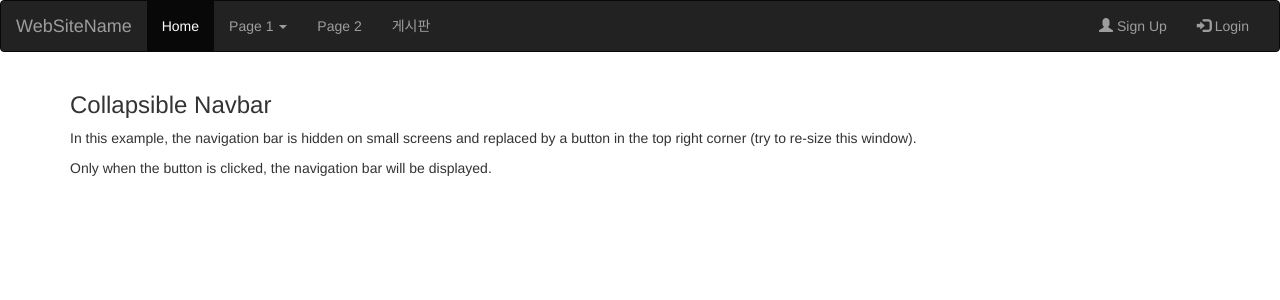
Repository: SeeUSoon93/Spring
Page: http://localhost/SpringMVC03/WEB-INF/views/index.jsp
The author's editor kept a copy of each file at every save. The page is drawn from the files as they stood at one save, then again after the next save.
The browser window is 1280 px wide. The pictures show the whole page.
The page is served by Tomcat 9. Nobody is signed in. Other server files are loaded and not shown. The template is opened directly, without the code that normally fills it, so the values that code supplies are empty.

Above is the page before, as saved 2023-10-06 02:27:53.

### SpringMVC03/src/main/webapp/WEB-INF/views/index.jsp
<%@ page language="java" contentType="text/html; charset=UTF-8"
    pageEncoding="UTF-8"%>
<!DOCTYPE html>
<html lang="en">
<head>
  <title>SpringMVC03</title>
  <meta charset="utf-8">
  <meta name="viewport" content="width=device-width, initial-scale=1">
  <link rel="stylesheet" href="https://maxcdn.bootstrapcdn.com/bootstrap/3.4.1/css/bootstrap.min.css">
  <script src="https://ajax.googleapis.com/ajax/libs/jquery/3.6.4/jquery.min.js"></script>
  <script src="https://maxcdn.bootstrapcdn.com/bootstrap/3.4.1/js/bootstrap.min.js"></script>
</head>
<body>

<nav class="navbar navbar-inverse">
  <div class="container-fluid">
    <div class="navbar-header">
      <button type="button" class="navbar-toggle" data-toggle="collapse" data-target="#myNavbar">
        <span class="icon-bar"></span>
        <span class="icon-bar"></span>
        <span class="icon-bar"></span>
      </button>
      <a class="navbar-brand" href="#">WebSiteName</a>
    </div>
    <div class="collapse navbar-collapse" id="myNavbar">
      <ul class="nav navbar-nav">
        <li class="active"><a href="#">Home</a></li>
        <li class="dropdown">
          <a class="dropdown-toggle" data-toggle="dropdown" href="#">Page 1 <span class="caret"></span></a>
          <ul class="dropdown-menu">
            <li><a href="#">Page 1-1</a></li>
            <li><a href="#">Page 1-2</a></li>
            <li><a href="#">Page 1-3</a></li>
          </ul>
        </li>
        <li><a href="#">Page 2</a></li>
        <li><a href="boardMain.do">게시판</a></li>
      </ul>
      <ul class="nav navbar-nav navbar-right">
        <li><a href="#"><span class="glyphicon glyphicon-user"></span> Sign Up</a></li>
        <li><a href="#"><span class="glyphicon glyphicon-log-in"></span> Login</a></li>
      </ul>
    </div>
  </div>
</nav>

<div class="container">
  <h3>Collapsible Navbar</h3>
  <p>In this example, the navigation bar is hidden on small screens and replaced by a button in the top right corner (try to re-size this window).
  <p>Only when the button is clicked, the navigation bar will be displayed.</p>
</div>

</body>
</html>

After the next save:
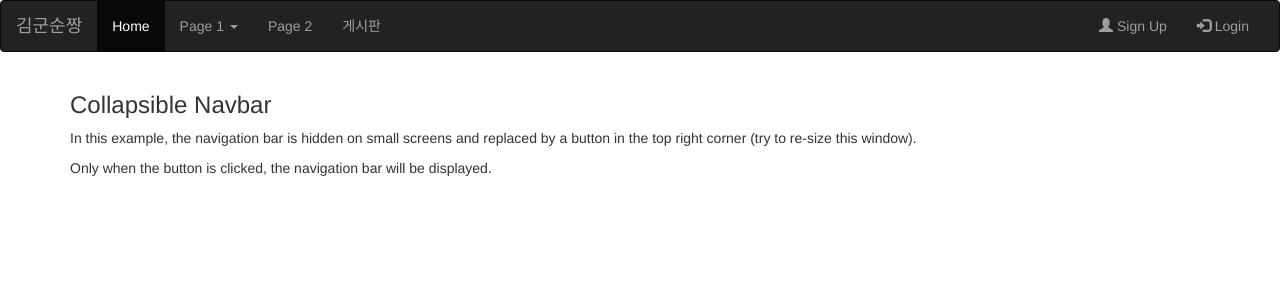
Saved 26 s later.
--- a/SpringMVC03/src/main/webapp/WEB-INF/views/index.jsp
+++ b/SpringMVC03/src/main/webapp/WEB-INF/views/index.jsp
@@ -20,7 +20,7 @@
         <span class="icon-bar"></span>
         <span class="icon-bar"></span>
       </button>
-      <a class="navbar-brand" href="#">WebSiteName</a>
+      <a class="navbar-brand" href="#">김군순짱</a>
     </div>
     <div class="collapse navbar-collapse" id="myNavbar">
       <ul class="nav navbar-nav">
